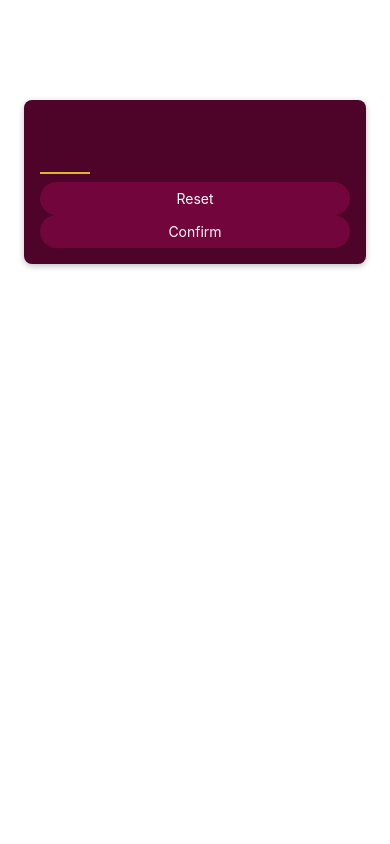
Repository: GarlicButterBoy/Number-Guessing-Game
Screen: /
These files come from the project's save history. The screen is drawn as it stood at one moment and after a run of saves; the edit follows.
The app was drawn by React Native's web renderer in a window 390 px wide. The project was rebuilt for these pictures with package versions that can differ from the ones it lists, and the page was loaded fresh each time.

Above is the screen before, as saved 2024-05-03 09:12:37.

### App.js
import { StyleSheet, Text, View } from "react-native";
import StartGameScreen from "./screens/StartGameScreen";

export default function App() {
  return <StartGameScreen />;
}

const styles = StyleSheet.create({
  container: {
    flex: 1,
    backgroundColor: "#fff",
    alignItems: "center",
    justifyContent: "center",
  },
});

### screens/StartGameScreen.js
import { View, TextInput, StyleSheet } from "react-native";
import PrimaryButton from "../components/PrimaryButton";

function StartGameScreen() {
  return (
    <View style={styles.inputContainer}>
      <TextInput
        style={styles.numberInput}
        maxLength={2}
        keyboardType="number-pad"
        autoCapitalize="none"
        autoCorrect={false}
      ></TextInput>
      <PrimaryButton>Reset</PrimaryButton>
      <PrimaryButton>Confirm</PrimaryButton>
    </View>
  );
}

export default StartGameScreen;

const styles = StyleSheet.create({
  inputContainer: {
    padding: 16,
    marginTop: 100,
    marginHorizontal: 24,
    borderRadius: 8,
    backgroundColor: "#4e0329",
    elevation: 6,
    shadowColor: "black",
    shadowOffset: { width: 0, height: 2 },
    shadowRadius: 6,
    shadowOpacity: 0.25,
  },
  numberInput: {
    height: 50,
    width: 50,
    fontSize: 32,
    borderBottomColor: "#ddb52f",
    borderBottomWidth: 2,
    color: "#ddb52f",
    marginVertical: 8,
    fontWeight: "bold",
    textAlign: "center",
  },
});

### components/PrimaryButton.js
import { View, Text, Pressable, StyleSheet } from "react-native";

function PrimaryButton({ children }) {
  function pressHandler() {
    console.log("Pressed!");
  }
  return (
    <View
      style={({ pressed }) =>
        pressed
          ? [styles.buttonInnerContainer, styles.pressed]
          : styles.buttonOuterContainer
      }
    >
      <Pressable
        style={styles.buttonInnerContainer}
        onPress={pressHandler}
        android_ripple={{ color: "#640233" }}
      >
        <Text style={styles.buttonText}>{children}</Text>
      </Pressable>
    </View>
  );
}

export default PrimaryButton;

const styles = StyleSheet.create({
  buttonOuterContainer: {
    margin: 4,
    overflow: "hidden",
  },
  buttonInnerContainer: {
    borderRadius: 28,
    backgroundColor: "#72063c",
    paddingVertical: 8,
    paddingHorizontal: 16,
    elevation: 2,
  },
  buttonText: {
    color: "white",
    textAlign: "center",
  },
  pressed: {
    opacity: 0.75,
  },
});

After the next 4 saves:
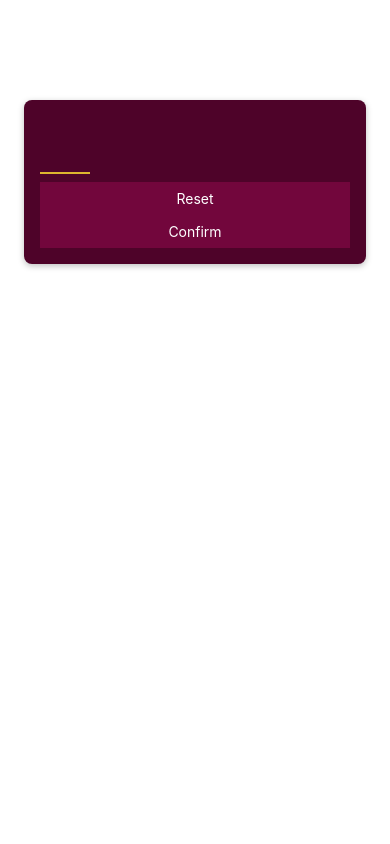
The 4 saves are shown as one change because they came seconds apart.
The last was saved 26 s later.
--- a/components/PrimaryButton.js
+++ b/components/PrimaryButton.js
@@ -26,12 +26,12 @@ function PrimaryButton({ children }) {
 export default PrimaryButton;
 
 const styles = StyleSheet.create({
-  buttonOuterContainer: {
-    margin: 4,
-    overflow: "hidden",
-  },
+    buttonOuterContainer: {
+        borderRadius: 28,
+        margin: 4,
+        overflow: "hidden"
+    },
   buttonInnerContainer: {
-    borderRadius: 28,
     backgroundColor: "#72063c",
     paddingVertical: 8,
     paddingHorizontal: 16,
